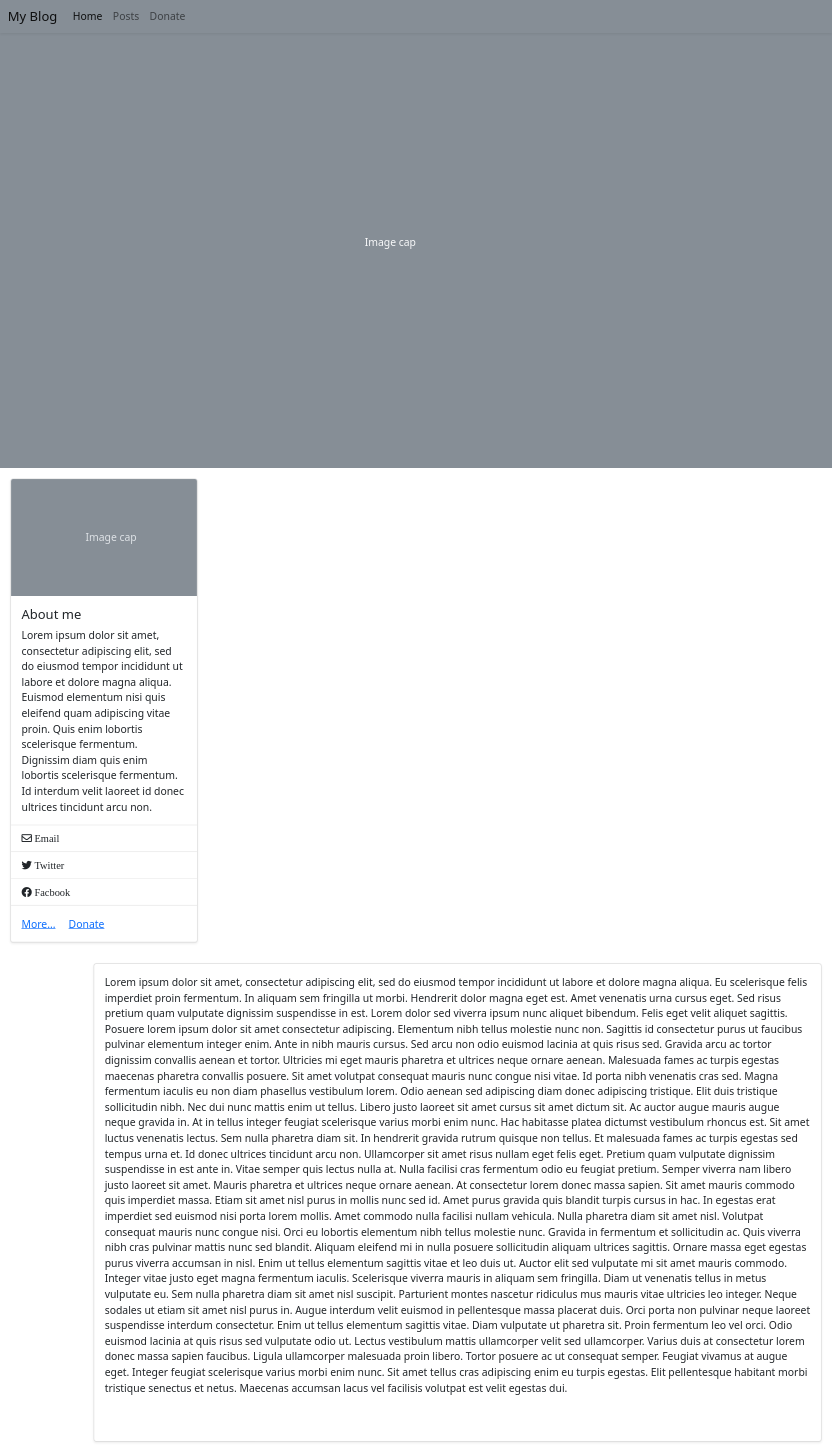
Repository: LublubXT/Azi-Tec-Team
Page: views/templates/blogs/personalblog/home.html
The author's editor kept a copy of each file at every save. The page is drawn from the files as they stood at one save, then again after the next save.
The browser window is 1280 px wide. The pictures show the whole page, at 65% of full size.

Above is the page before, as saved 2021-03-11 09:15:05.

### views/templates/blogs/personalblog/home.html
<!DOCTYPE html>
<html lang="en">

    <head>
        <meta charset="UTF-8">
        <meta http-equiv="X-UA-Compatible" content="IE=edge">
        <meta name="viewport" content="width=device-width, initial-scale=1.0">

        <!-- import style sheet file -->
        <link rel="stylesheet" href="css/style.css">
        <link rel="stylesheet" href="css/bootstrap.min.css">
        <link rel="stylesheet" href="fontawesome/css/all.css">


        <title>My Blog</title>
    </head>

    <body>
        <div class="header imgDiv">
            <nav class="navbar navbar-expand-lg navbar-light fixed-top shadow-sm"
                style="background-color: transparent;">
                <div class="container-fluid">
                    <a class="navbar-brand" href="#">My Blog</a>
                    <button class="navbar-toggler" type="button" data-bs-toggle="collapse"
                        data-bs-target="#navbarNavAltMarkup" aria-controls="navbarNavAltMarkup" aria-expanded="false"
                        aria-label="Toggle navigation">
                        <span class="navbar-toggler-icon"></span>
                    </button>
                    <div class="collapse navbar-collapse float-end" id="navbarNavAltMarkup">
                        <div class="navbar-nav float-end">
                            <a class="nav-link active" aria-current="page" href="#">Home</a>
                            <a class="nav-link" href="#">Posts</a>
                            <a class="nav-link" href="#">Donate</a>
                        </div>
                    </div>
                </div>
            </nav>
            <p class="card-text position-absolute top-50 end-50 text-light">Image
                cap</p>
        </div>

        <div style="width: 100%;">

            <div class="card mx-3 my-3 shadow-sm" style="width: 18rem;">
                <svg class="bd-placeholder-img card-img-top" width="100%" height="180"
                    xmlns="http://www.w3.org/2000/svg" role="img" aria-label="Placeholder: Image cap"
                    preserveAspectRatio="xMidYMid slice" focusable="true">
                    <title>Placeholder</title>
                    <rect width="100%" height="100%" fill="#868e96"></rect><text x="40%" y="50%" fill="#dee2e6"
                        dy=".3em">Image
                        cap</text>
                </svg>
                <div class="card-body">
                    <h5 class="card-title">About me</h5>
                    <p class="card-text">Lorem ipsum dolor sit amet, consectetur adipiscing elit, sed do eiusmod tempor
                        incididunt ut labore et dolore magna
                        aliqua. Euismod elementum nisi quis eleifend quam adipiscing vitae proin. Quis enim lobortis
                        scelerisque fermentum.
                        Dignissim diam quis enim lobortis scelerisque fermentum. Id interdum velit laoreet id donec
                        ultrices tincidunt arcu non.</p>
                </div>
                <ul class="list-group list-group-flush">
                    <li class="list-group-item"><i class="far fa-envelope"> Email</i></li>
                    <li class="list-group-item"><i class="fab fa-twitter"> Twitter</i></li>
                    <li class="list-group-item"><i class="fab fa-facebook"> Facbook</i></li>
                </ul>
                <div class="card-body">
                    <a href="#" class="card-link">More...</a>
                    <a href="#" class="card-link">Donate</a>
                </div>
            </div>
            <div class="card mx-3 my-3 float-end shadow-sm p-3" style="width: 70rem; height: 46rem;">
                <p class="text-dark">Lorem ipsum dolor sit amet, consectetur adipiscing elit, sed do eiusmod tempor
                    incididunt ut labore et dolore magna
                    aliqua. Eu scelerisque felis imperdiet proin fermentum. In aliquam sem fringilla ut morbi. Hendrerit
                    dolor magna eget
                    est. Amet venenatis urna cursus eget. Sed risus pretium quam vulputate dignissim suspendisse in est.
                    Lorem dolor sed
                    viverra ipsum nunc aliquet bibendum. Felis eget velit aliquet sagittis. Posuere lorem ipsum dolor
                    sit amet consectetur
                    adipiscing. Elementum nibh tellus molestie nunc non. Sagittis id consectetur purus ut faucibus
                    pulvinar elementum
                    integer enim. Ante in nibh mauris cursus. Sed arcu non odio euismod lacinia at quis risus sed.
                    Gravida arcu ac tortor
                    dignissim convallis aenean et tortor. Ultricies mi eget mauris pharetra et ultrices neque ornare
                    aenean. Malesuada fames
                    ac turpis egestas maecenas pharetra convallis posuere. Sit amet volutpat consequat mauris nunc
                    congue nisi vitae. Id
                    porta nibh venenatis cras sed.

                    Magna fermentum iaculis eu non diam phasellus vestibulum lorem. Odio aenean sed adipiscing diam
                    donec adipiscing
                    tristique. Elit duis tristique sollicitudin nibh. Nec dui nunc mattis enim ut tellus. Libero justo
                    laoreet sit amet
                    cursus sit amet dictum sit. Ac auctor augue mauris augue neque gravida in. At in tellus integer
                    feugiat scelerisque
                    varius morbi enim nunc. Hac habitasse platea dictumst vestibulum rhoncus est. Sit amet luctus
                    venenatis lectus. Sem
                    nulla pharetra diam sit. In hendrerit gravida rutrum quisque non tellus. Et malesuada fames ac
                    turpis egestas sed tempus
                    urna et. Id donec ultrices tincidunt arcu non. Ullamcorper sit amet risus nullam eget felis eget.
                    Pretium quam vulputate
                    dignissim suspendisse in est ante in. Vitae semper quis lectus nulla at.

                    Nulla facilisi cras fermentum odio eu feugiat pretium. Semper viverra nam libero justo laoreet sit
                    amet. Mauris pharetra
                    et ultrices neque ornare aenean. At consectetur lorem donec massa sapien. Sit amet mauris commodo
                    quis imperdiet massa.
                    Etiam sit amet nisl purus in mollis nunc sed id. Amet purus gravida quis blandit turpis cursus in
                    hac. In egestas erat
                    imperdiet sed euismod nisi porta lorem mollis. Amet commodo nulla facilisi nullam vehicula. Nulla
                    pharetra diam sit amet
                    nisl. Volutpat consequat mauris nunc congue nisi. Orci eu lobortis elementum nibh tellus molestie
                    nunc. Gravida in
                    fermentum et sollicitudin ac.

                    Quis viverra nibh cras pulvinar mattis nunc sed blandit. Aliquam eleifend mi in nulla posuere
                    sollicitudin aliquam
                    ultrices sagittis. Ornare massa eget egestas purus viverra accumsan in nisl. Enim ut tellus
                    elementum sagittis vitae et
                    leo duis ut. Auctor elit sed vulputate mi sit amet mauris commodo. Integer vitae justo eget magna
                    fermentum iaculis.
                    Scelerisque viverra mauris in aliquam sem fringilla. Diam ut venenatis tellus in metus vulputate eu.
                    Sem nulla pharetra
                    diam sit amet nisl suscipit. Parturient montes nascetur ridiculus mus mauris vitae ultricies leo
                    integer. Neque sodales
                    ut etiam sit amet nisl purus in. Augue interdum velit euismod in pellentesque massa placerat duis.

                    Orci porta non pulvinar neque laoreet suspendisse interdum consectetur. Enim ut tellus elementum
                    sagittis vitae. Diam
                    vulputate ut pharetra sit. Proin fermentum leo vel orci. Odio euismod lacinia at quis risus sed
                    vulputate odio ut.
                    Lectus vestibulum mattis ullamcorper velit sed ullamcorper. Varius duis at consectetur lorem donec
                    massa sapien
                    faucibus. Ligula ullamcorper malesuada proin libero. Tortor posuere ac ut consequat semper. Feugiat
                    vivamus at augue
                    eget. Integer feugiat scelerisque varius morbi enim nunc. Sit amet tellus cras adipiscing enim eu
                    turpis egestas. Elit
                    pellentesque habitant morbi tristique senectus et netus. Maecenas accumsan lacus vel facilisis
                    volutpat est velit
                    egestas dui.</p>
            </div>
        </div>

    </body>

</html>

### views/templates/blogs/personalblog/css/style.css
body {
    margin: 0px;
    padding: 0px;
}

.header {
    max-width: 100%;
    height: 45rem;
}

.imgDiv {
    background-color: #868e96;
}


.navbar {
    background-color: transparent;
    max-width: 100%;
    height: 50px;
    color: white;
    z-index: 3;
    position: sticky;
    top: 0px;
    left: 0px;
}

.mainlink {
    color: white;
    font-family: 'Courier New', Courier, monospace;
    font-weight: bolder;
    background: transparent;
    font-size: xx-large;
    text-decoration: none;
    float: left;
    margin: 10px;
}

.link {
    color: white;
    font-family: 'Courier New', Courier, monospace;
    font-weight: bolder;
    background: transparent;
    font-size: large;
    float: right;
    margin: 10px;
    margin-left: 10px;
    text-decoration: none;
}

Loaded but not shown: views/templates/blogs/personalblog/css/bootstrap.min.css (library); views/templates/blogs/personalblog/fontawesome/css/all.css (library)

After the next save:
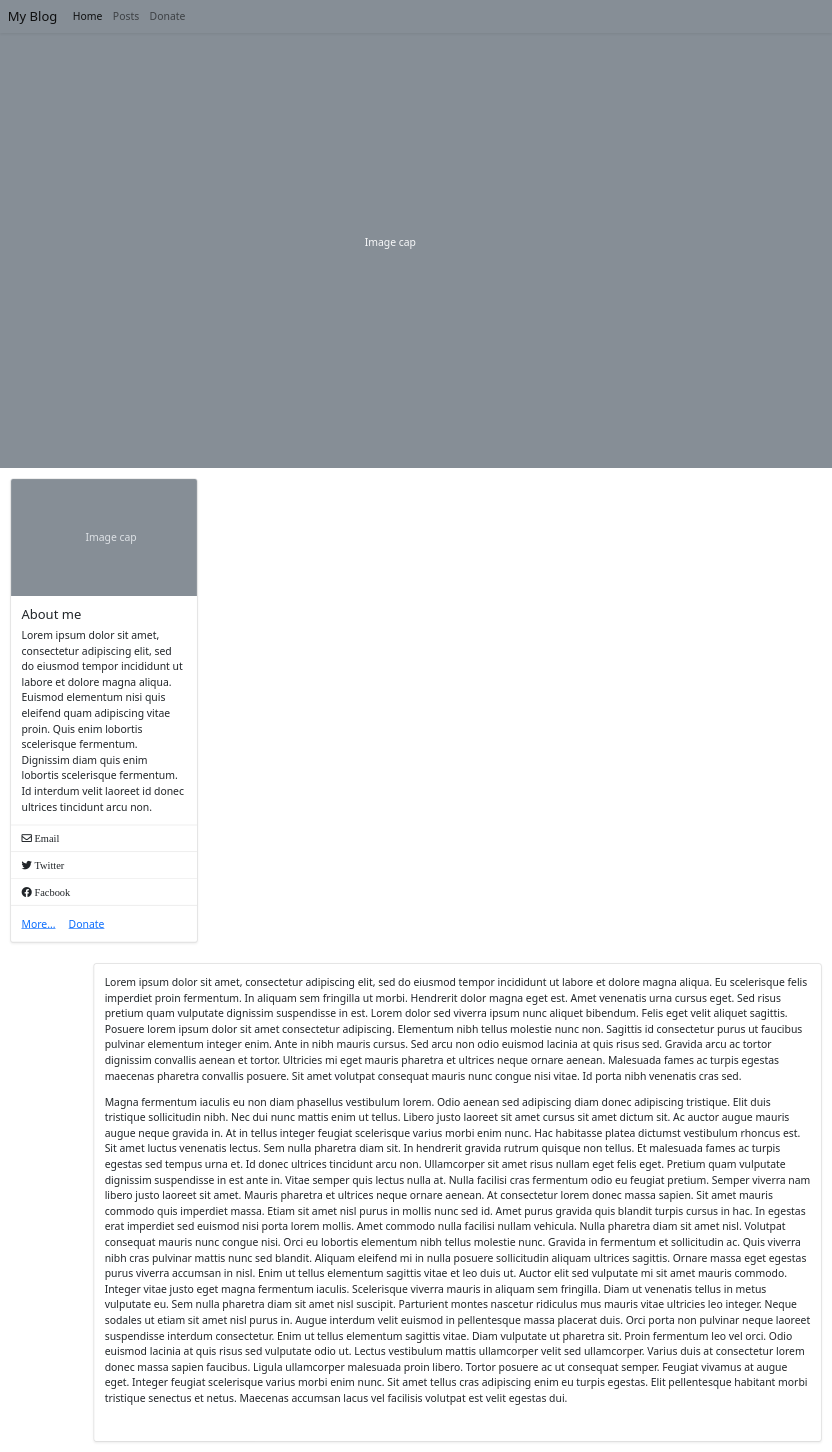
Saved 7 s later.
--- a/views/templates/blogs/personalblog/home.html
+++ b/views/templates/blogs/personalblog/home.html
@@ -87,7 +87,7 @@
                     ac turpis egestas maecenas pharetra convallis posuere. Sit amet volutpat consequat mauris nunc
                     congue nisi vitae. Id
                     porta nibh venenatis cras sed.
-
+                </p>
                     Magna fermentum iaculis eu non diam phasellus vestibulum lorem. Odio aenean sed adipiscing diam
                     donec adipiscing
                     tristique. Elit duis tristique sollicitudin nibh. Nec dui nunc mattis enim ut tellus. Libero justo
